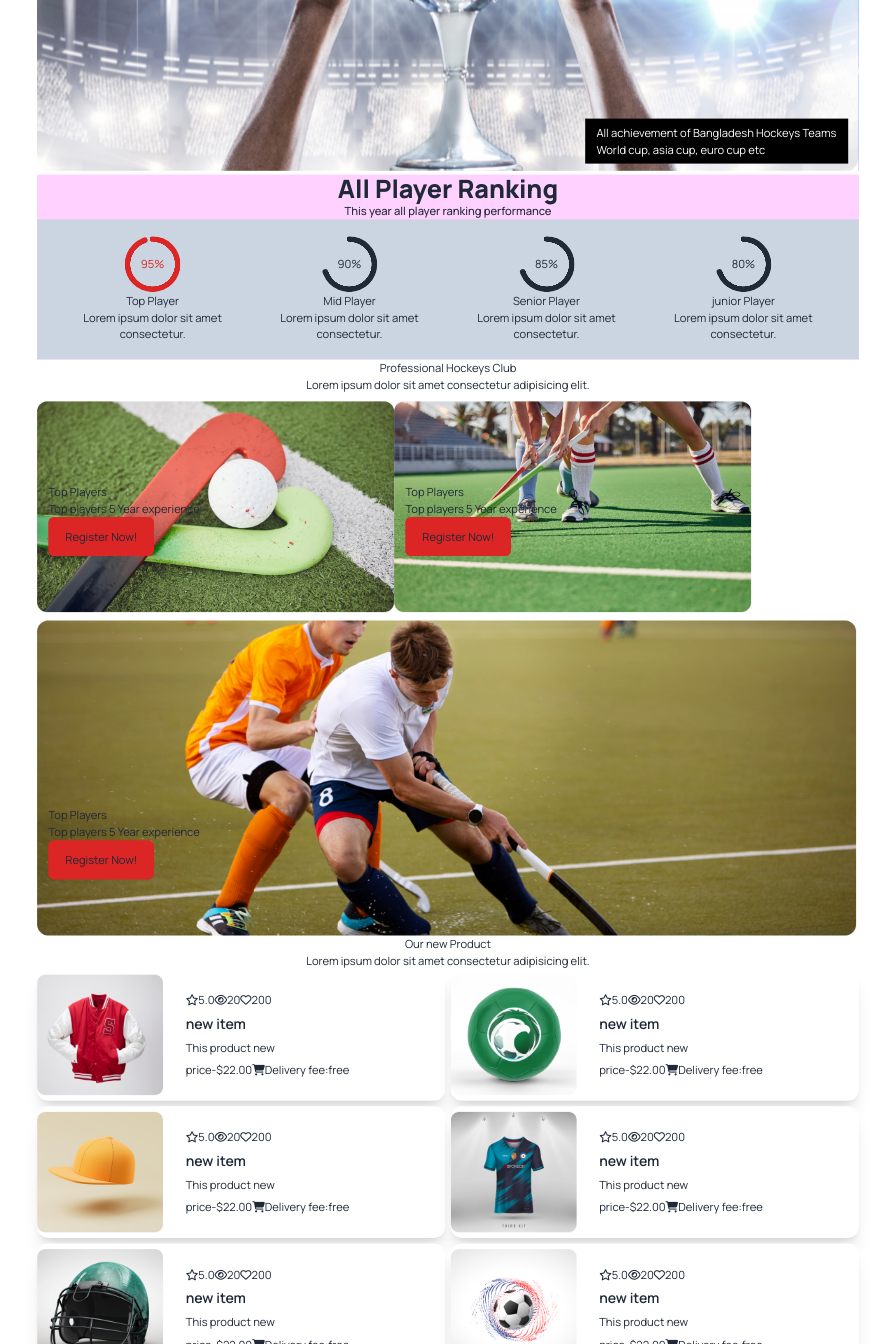
Repository: sumonkumarsarkar/bd-hockeys-team
Page: index.html
The author's editor kept a copy of each file at every save. The page is drawn from the files as they stood at one save, then again after the next save.
The browser window is 1280 px wide. The pictures show the part of the page from y = 588 to 2508 px (the page is 4149 px tall before and 4101 px after), at 70% of full size.
Some web libraries are served in a nearby version.

Above is the page before, as saved 2024-01-24 18:10:45.

After the next save:
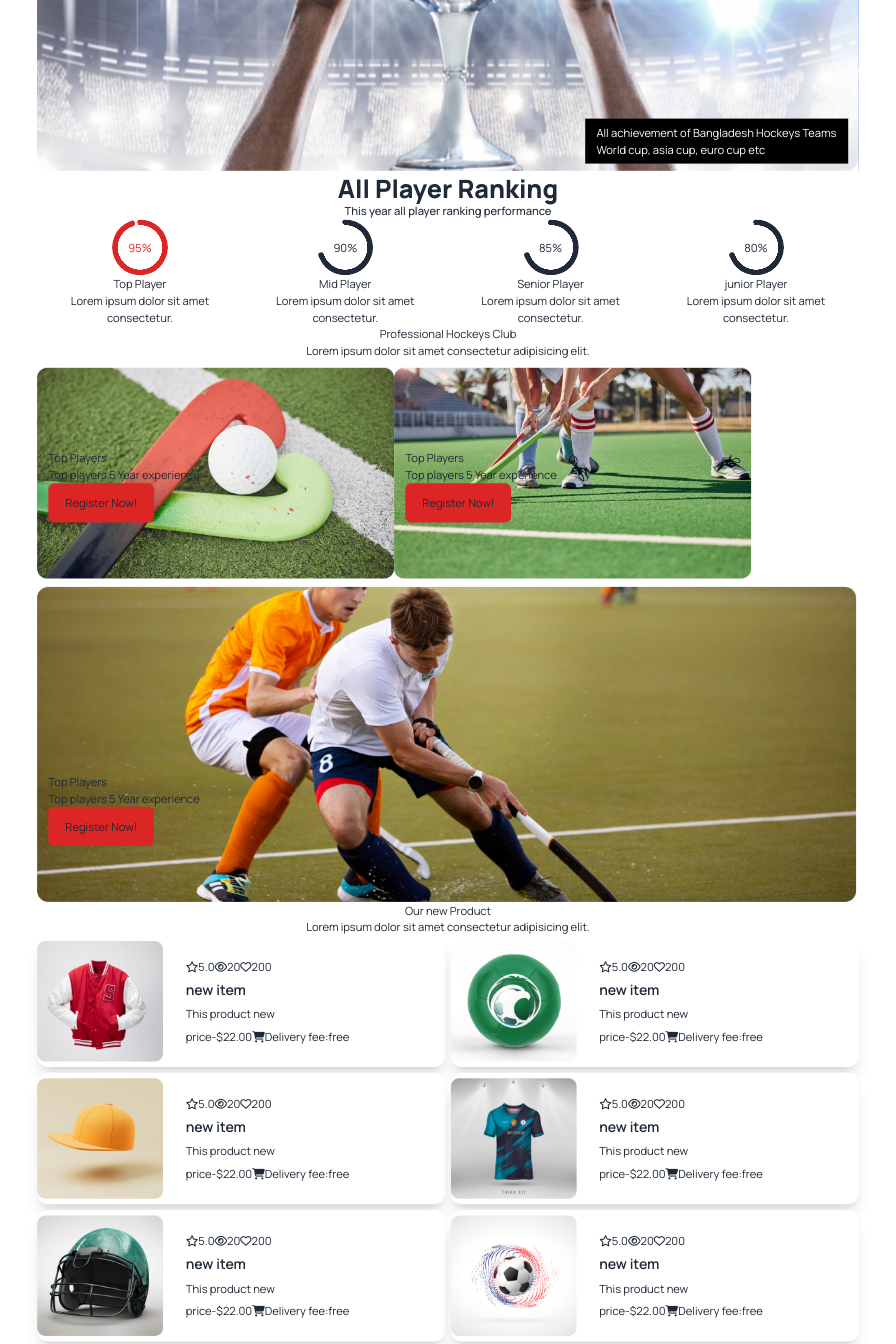
Saved 62 s later.
--- a/index.html
+++ b/index.html
@@ -111,7 +111,7 @@
 
     <!-- main part start  -->
     <main class="w-11/12 mx-auto">
-  <section class="bg-[#faf8]">
+  <section class="bg-[#FFF]">
 
        <div class="text-center">
         <h2 class="font-extrabold text-4xl">All Player Ranking</h2>
@@ -120,7 +120,7 @@
 
        <!-- card  -->
 
-       <div class="flex flex-col lg:flex-row lg:justify-between bg-slate-300 lg:p-6 ">
+       <div class="flex flex-col lg:flex-row lg:justify-between bg-[#FFF]lg:p-6 ">
         <div class="text-center">
          <div class="radial-progress text-red-600" style="--value:95;" role="progressbar">95%</div>
          <h3>Top Player</h3>
